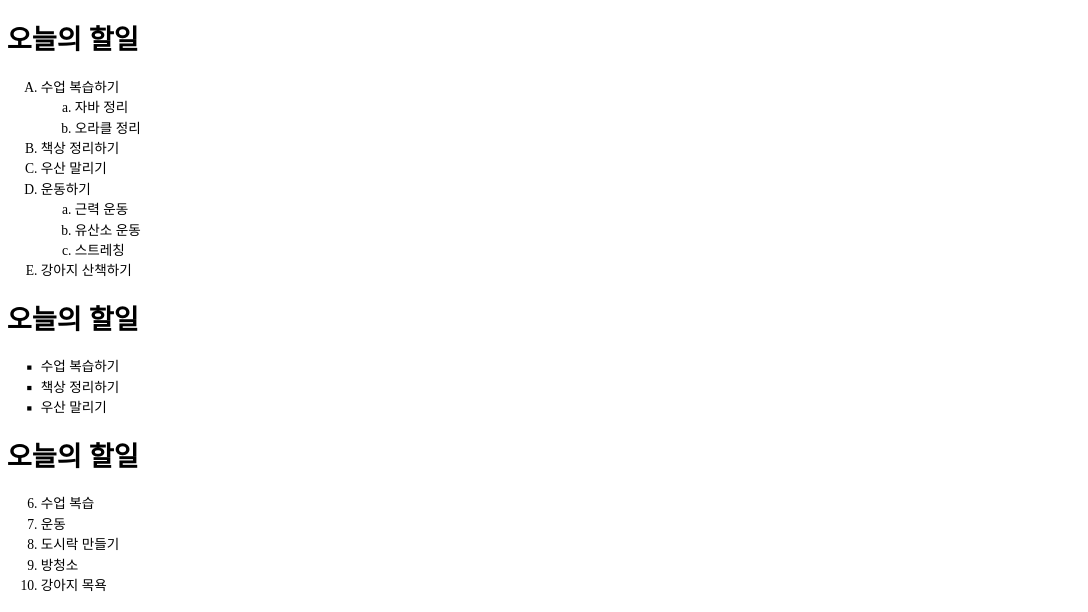
Repository: sinsujung/client
Page: ClientTest/src/main/webapp/html/ex10_list.html
These files come from the project's save history. The page is drawn as it stood at one moment and after the next save; the edit follows.
The browser window is 1280 px wide. The pictures show the whole page, at 85% of full size.

Above is the page before, as saved 2023-09-20 02:18:46.

### ClientTest/src/main/webapp/html/ex10_list.html
<!DOCTYPE html>
<html>
<head>
<meta charset="UTF-8">
<title>Insert title here</title>
</head>
<body>
	<!-- ex10_list -->
	<!--

		List, 목록
		1. 순서가 있는 목록
			- <ol> + <li>
			- Ordered List
			- List Item

		2. 순서가 없는 목록
			- <ul> + <li>
			- Unordered List
			- List Item

		3. 용어 정의 목록
			- <dl> + <dt> <dd>
			- Definition List
			- Definition Term
			- Definition Description

	 -->
	 <h1>오늘의 할일</h1>

	 <ol type="A">
	 	<li>수업 복습하기</li>
	 	<ol type="a">
	 		<li>자바 정리</li>
	 		<li>오라클 정리</li>
	 	</ol>
	 	<li>책상 정리하기</li>
	 	<li>우산 말리기</li>
	 	<li>
	 		운동하기
	 		<ol type="a">
	 			<li>근력 운동</li>
	 			<li>유산소 운동</li>
	 			<li>스트레칭</li>
	 		</ol>
	 	</li>
	 	<li>강아지 산책하기</li>
	 </ol>

	 <h1>오늘의 할일</h1>

	 <!-- 불릿(Bullet) -->
	 <ul type ="square">
	 	<li>수업 복습하기</li>
	 	<li>책상 정리하기</li>
	 	<li>우산 말리기</li>
	 </ul>

	 <h1>오늘의 할일</h1>

	 <!-- <ol reversed> -->
	<ol start="6">
	 	<li>수업 복습</li>
	 	<li>운동</li>
	 	<li>도시락 만들기</li>
	 	<li>방청소</li>
	 	<li>강아지 목욕</li>
	 </ol>



</body>
</html>

After the next save:
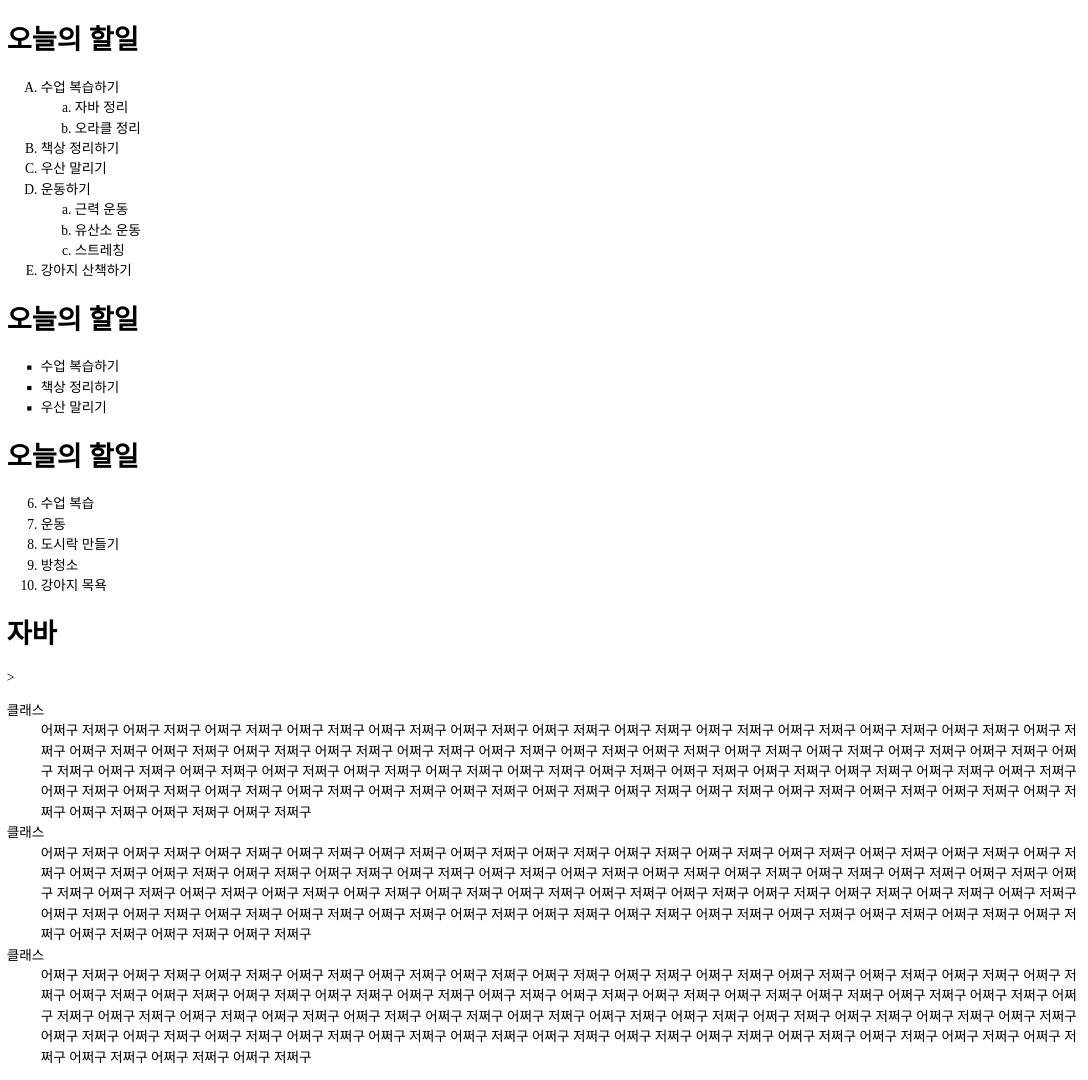
Saved 2 min 39 s later.
--- a/ClientTest/src/main/webapp/html/ex10_list.html
+++ b/ClientTest/src/main/webapp/html/ex10_list.html
@@ -67,6 +67,32 @@
 	 	<li>강아지 목욕</li>
 	 </ol>
 
+	 <h1>자바</h1>>
+
+	 <dl>
+	 	<dt>클래스</dt>
+	 	<dd>어쩌구 저쩌구 어쩌구 저쩌구 어쩌구 저쩌구 어쩌구 저쩌구 어쩌구 저쩌구 어쩌구 저쩌구 어쩌구 저쩌구 어쩌구 저쩌구 어쩌구 저쩌구
+	 	어쩌구 저쩌구 어쩌구 저쩌구 어쩌구 저쩌구 어쩌구 저쩌구 어쩌구 저쩌구 어쩌구 저쩌구 어쩌구 저쩌구 어쩌구 저쩌구 어쩌구 저쩌구
+	 	어쩌구 저쩌구 어쩌구 저쩌구 어쩌구 저쩌구 어쩌구 저쩌구 어쩌구 저쩌구 어쩌구 저쩌구 어쩌구 저쩌구 어쩌구 저쩌구 어쩌구 저쩌구
+	 	어쩌구 저쩌구 어쩌구 저쩌구 어쩌구 저쩌구 어쩌구 저쩌구 어쩌구 저쩌구 어쩌구 저쩌구 어쩌구 저쩌구 어쩌구 저쩌구 어쩌구 저쩌구
+	 	어쩌구 저쩌구 어쩌구 저쩌구 어쩌구 저쩌구 어쩌구 저쩌구 어쩌구 저쩌구 어쩌구 저쩌구 어쩌구 저쩌구 어쩌구 저쩌구 어쩌구 저쩌구
+	 	어쩌구 저쩌구 어쩌구 저쩌구 어쩌구 저쩌구 어쩌구 저쩌구 어쩌구 저쩌구 어쩌구 저쩌구 어쩌구 저쩌구 어쩌구 저쩌구 어쩌구 저쩌구</dd>
+	 	<dt>클래스</dt>
+	 	<dd>어쩌구 저쩌구 어쩌구 저쩌구 어쩌구 저쩌구 어쩌구 저쩌구 어쩌구 저쩌구 어쩌구 저쩌구 어쩌구 저쩌구 어쩌구 저쩌구 어쩌구 저쩌구
+	 	어쩌구 저쩌구 어쩌구 저쩌구 어쩌구 저쩌구 어쩌구 저쩌구 어쩌구 저쩌구 어쩌구 저쩌구 어쩌구 저쩌구 어쩌구 저쩌구 어쩌구 저쩌구
+	 	어쩌구 저쩌구 어쩌구 저쩌구 어쩌구 저쩌구 어쩌구 저쩌구 어쩌구 저쩌구 어쩌구 저쩌구 어쩌구 저쩌구 어쩌구 저쩌구 어쩌구 저쩌구
+	 	어쩌구 저쩌구 어쩌구 저쩌구 어쩌구 저쩌구 어쩌구 저쩌구 어쩌구 저쩌구 어쩌구 저쩌구 어쩌구 저쩌구 어쩌구 저쩌구 어쩌구 저쩌구
+	 	어쩌구 저쩌구 어쩌구 저쩌구 어쩌구 저쩌구 어쩌구 저쩌구 어쩌구 저쩌구 어쩌구 저쩌구 어쩌구 저쩌구 어쩌구 저쩌구 어쩌구 저쩌구
+	 	어쩌구 저쩌구 어쩌구 저쩌구 어쩌구 저쩌구 어쩌구 저쩌구 어쩌구 저쩌구 어쩌구 저쩌구 어쩌구 저쩌구 어쩌구 저쩌구 어쩌구 저쩌구</dd>
+	 	<dt>클래스</dt>
+	 	<dd>어쩌구 저쩌구 어쩌구 저쩌구 어쩌구 저쩌구 어쩌구 저쩌구 어쩌구 저쩌구 어쩌구 저쩌구 어쩌구 저쩌구 어쩌구 저쩌구 어쩌구 저쩌구
+	 	어쩌구 저쩌구 어쩌구 저쩌구 어쩌구 저쩌구 어쩌구 저쩌구 어쩌구 저쩌구 어쩌구 저쩌구 어쩌구 저쩌구 어쩌구 저쩌구 어쩌구 저쩌구
+	 	어쩌구 저쩌구 어쩌구 저쩌구 어쩌구 저쩌구 어쩌구 저쩌구 어쩌구 저쩌구 어쩌구 저쩌구 어쩌구 저쩌구 어쩌구 저쩌구 어쩌구 저쩌구
+	 	어쩌구 저쩌구 어쩌구 저쩌구 어쩌구 저쩌구 어쩌구 저쩌구 어쩌구 저쩌구 어쩌구 저쩌구 어쩌구 저쩌구 어쩌구 저쩌구 어쩌구 저쩌구
+	 	어쩌구 저쩌구 어쩌구 저쩌구 어쩌구 저쩌구 어쩌구 저쩌구 어쩌구 저쩌구 어쩌구 저쩌구 어쩌구 저쩌구 어쩌구 저쩌구 어쩌구 저쩌구
+	 	어쩌구 저쩌구 어쩌구 저쩌구 어쩌구 저쩌구 어쩌구 저쩌구 어쩌구 저쩌구 어쩌구 저쩌구 어쩌구 저쩌구 어쩌구 저쩌구 어쩌구 저쩌구</dd>
+	 </dl>
+
 
 
 </body>
